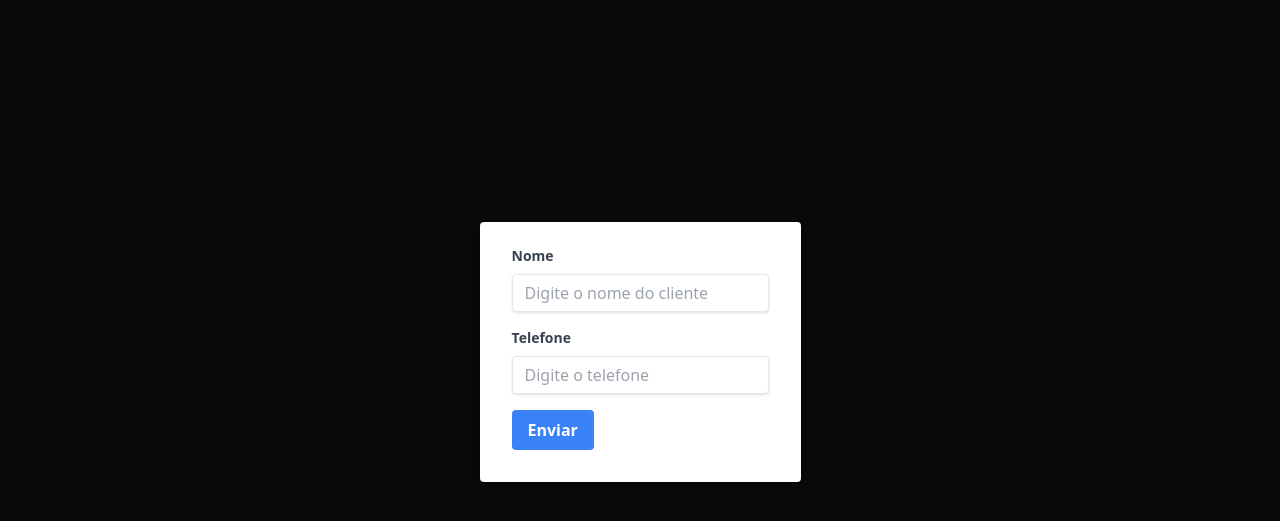
Repository: Gstxxx/sales-manager-laravel
Page: http://localhost/
The author's editor kept a copy of each file at every save. The page is drawn from the files as they stood at one save, then again after the next save.
The browser window is 1280 px wide. The pictures show the whole page.
The page is served by the project's Laravel application, run on PHP 8.4 with Laravel 12. Other server files are loaded and not shown. Style sheets and scripts are compiled from the project's sources, by tool versions that may differ from the author's.

Above is the page before, as saved 2024-06-09 03:13:30.

### routes/web.php
<?php

use Illuminate\Support\Facades\Route;
use App\Http\Controllers\ClientController;

Route::get('/', function () {
    return view('home');
})->name('home');

Route::post('/addClient', [ClientController::class, 'addClient'])->name('addClient');

### resources/views/home.blade.php
<!doctype html>
<html>

<head>
    <meta charset="UTF-8">
    <meta name="viewport" content="width=device-width, initial-scale=1.0">
    <title>Sales Manager</title>
    @vite('resources/css/app.css')
</head>

<body>
    <div class="bg-zinc-950 flex flex-col items-center justify-center min-h-screen">
        <form action="{{ route('addClient') }}" method="POST" class="bg-white shadow-md rounded px-8 pt-6 pb-8 mb-4">
            @csrf
            <div class="mb-4">
                <div class="mb-4">
                    <label class="block text-gray-700 text-sm font-bold mb-2" for="number-client">
                        Nome
                    </label>
                    <input
                        class="shadow appearance-none border rounded w-full py-2 px-3 text-gray-700 leading-tight focus:outline-none focus:shadow-outline"
                        type="text" name="name-client" id="name-client" placeholder="Digite o nome do cliente">
                </div>
                <div class="mb-4">
                    <label class="block text-gray-700 text-sm font-bold mb-2" for="number-client">
                        Telefone
                    </label>
                    <input
                        class="shadow appearance-none border rounded w-full py-2 px-3 text-gray-700 leading-tight focus:outline-none focus:shadow-outline"
                        id="number-client" name="number-client" type="text" placeholder="Digite o telefone">
                </div>
            </div>

            <div class="flex items-center justify-between">
                <button
                    class="bg-blue-500 hover:bg-blue-700 text-white font-bold py-2 px-4 rounded focus:outline-none focus:shadow-outline"
                    type="submit">
                    Enviar
                </button>
            </div>
        </form>
    </div>
</body>

</html>

Loaded but not shown: resources/css/app.css (common file); tailwind.config.js (common file)

After the next save:
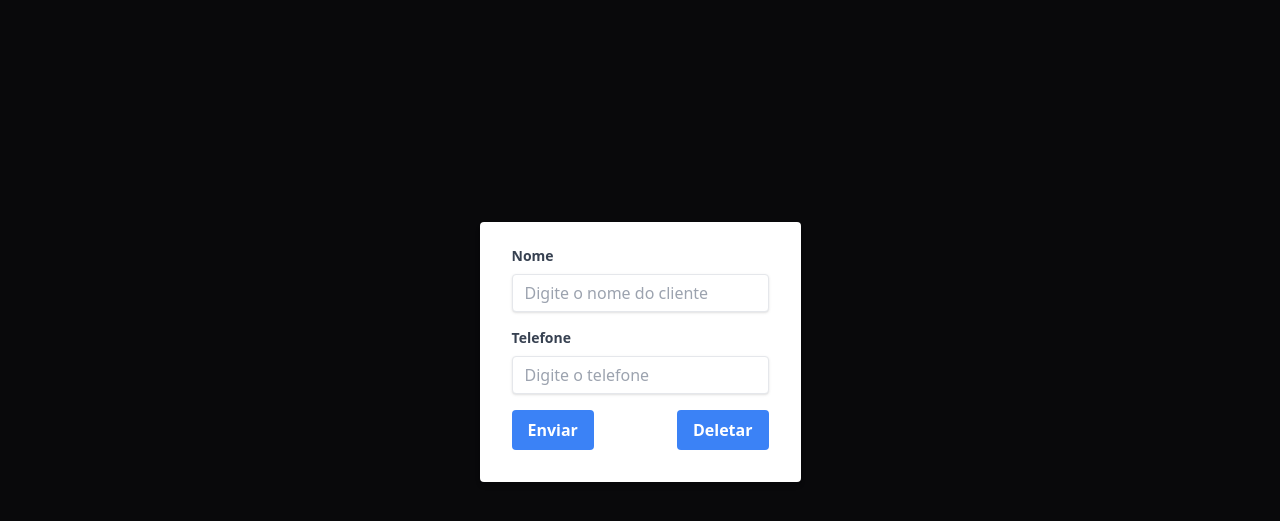
Saved 28 s later.
--- a/resources/views/home.blade.php
+++ b/resources/views/home.blade.php
@@ -37,6 +37,11 @@
                     type="submit">
                     Enviar
                 </button>
+                <button
+                    class="bg-blue-500 hover:bg-blue-700 text-white font-bold py-2 px-4 rounded focus:outline-none focus:shadow-outline"
+                    type="submit">
+                    Deletar
+                </button>
             </div>
         </form>
     </div>
